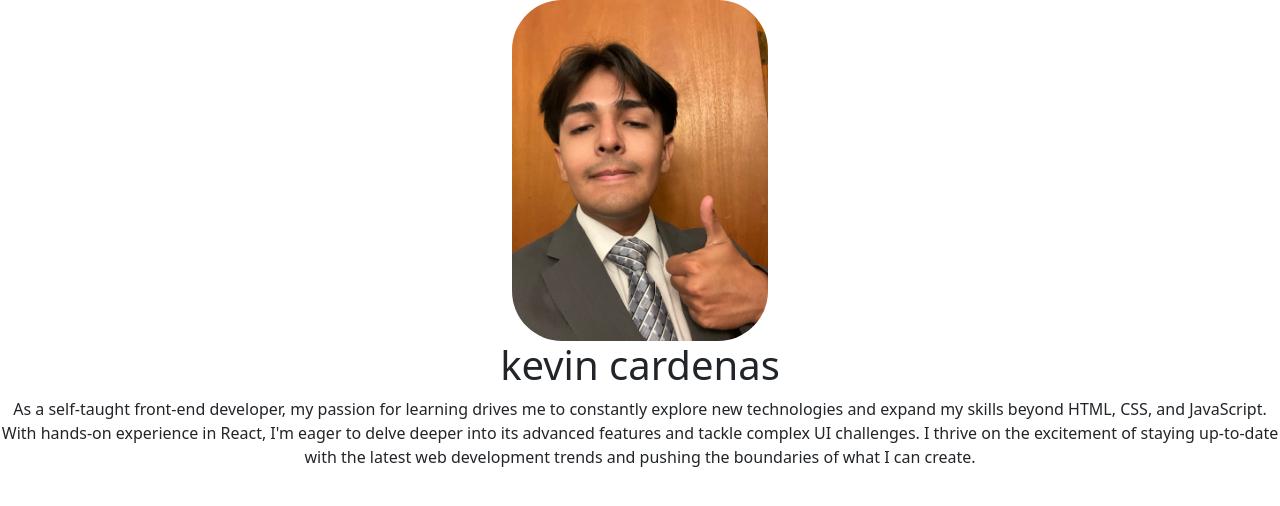
Repository: elqueben/elqueben.github.io
Page: public/index.html
These files come from the project's save history. The page is drawn as it stood at one moment and after the next save; the edit follows.
The browser window is 1280 px wide. The pictures show the whole page.

Above is the page before, as saved 2023-06-20 11:44:49.

### public/index.html
<!DOCTYPE html>
<html lang="en">
<head>
  <meta charset="UTF-8">
  <meta name="viewport" content="width=device-width, initial-scale=1.0">
  <link rel="stylesheet" href="https://cdn.jsdelivr.net/npm/bootstrap@5.2.3/dist/css/bootstrap.min.css" integrity="sha384-rbsA2VBKQhggwzxH7pPCaAqO46MgnOM80zW1RWuH61DGLwZJEdK2Kadq2F9CUG65" crossorigin="anonymous">
  <link rel="stylesheet" href="styles.css">
  <title>Kevin Cardenas</title>
</head>
<body>
  <div>
    <img id="pfp" src="me.jpg" />
  </div>
  <h1 class="text-center">kevin cardenas</h1>
  <p class="text-center">As a self-taught front-end developer, my passion for learning drives me to constantly explore new technologies and expand my skills beyond HTML, CSS, and JavaScript. With hands-on experience in React, I'm eager to delve deeper into its advanced features and tackle complex UI challenges. I thrive on the excitement of staying up-to-date with the latest web development trends and pushing the boundaries of what I can create.</p>
</body>
</html>

### public/styles.css
#pfp {
    width: 20%;
    display: block;
    margin: 0 auto;
    border-radius: 50px;
  }

After the next save:
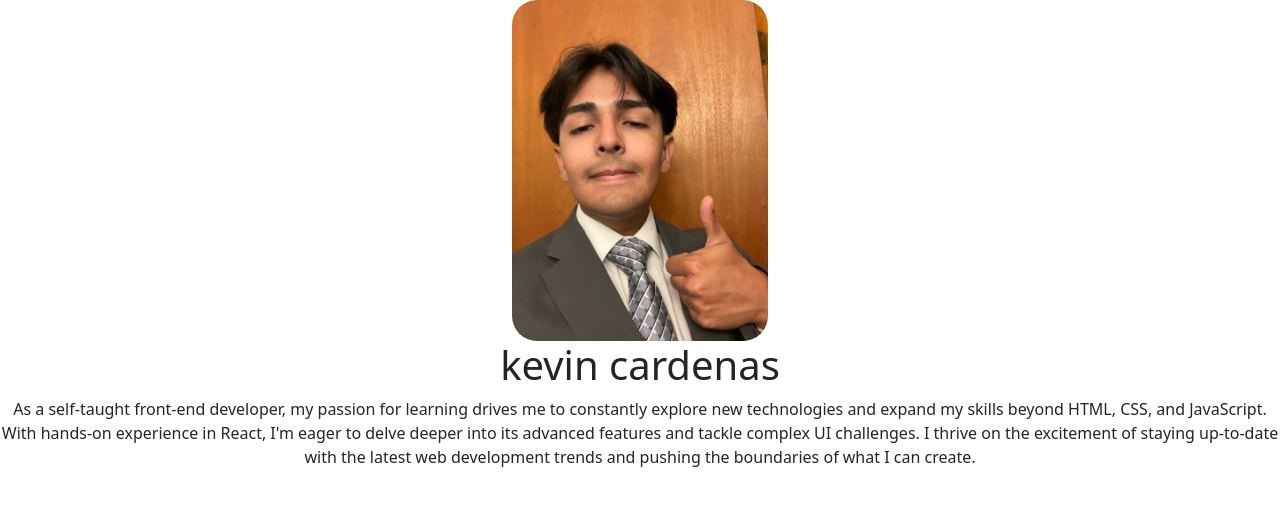
Saved 4 s later.
--- a/public/styles.css
+++ b/public/styles.css
@@ -2,5 +2,5 @@
     width: 20%;
     display: block;
     margin: 0 auto;
-    border-radius: 50px;
+    border-radius: 25px;
   }
